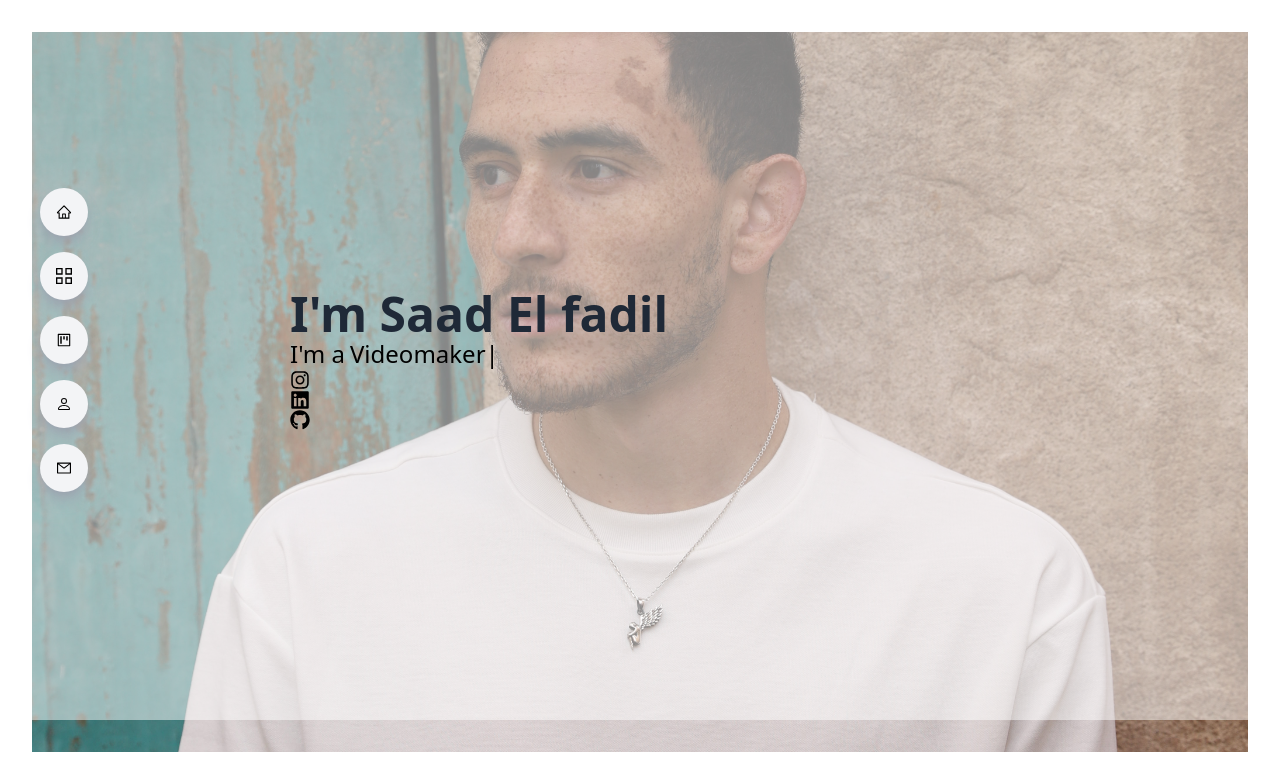
Repository: Saadelfadil/saadelfadil.github.io
Page: /
These files come from the project's save history. The page is drawn as it stood at one moment and after a run of saves; the edit follows.
The browser window is 1280 px wide. The pictures show the whole page.
The project was rebuilt for these pictures with package versions that can differ from the ones it lists, and the page was loaded fresh each time. Also part of the build but not shown: vite.config.js.

Above is the page before, as saved 2023-02-26 17:03:51.

### src/App.jsx
import './App.css'
import Sidenave from './components/Sidenave'
import Main from './components/Main'

function App() {

  return (
    <div>
      <Sidenave />
      <Main />
    </div>
  )
}

export default App

### src/components/Sidenave.jsx
import React, { useState } from "react";
import { AiOutlineHome, AiOutlineMail, AiOutlineMenu, AiOutlineProject } from "react-icons/ai"
import { GrProjects } from "react-icons/gr"
import { BsPerson } from "react-icons/bs"

const Sidenave = () => {
    const [nav, setNav] = useState(false)

    const handleNav = () => {
        setNav((prev) => prev = !nav);
    };

  return (
    <div>
        <AiOutlineMenu onClick={handleNav} className="absolute top-4 right-4 z-[100] md:hidden"/>
        {
            nav ? (
                <div className="fixed w-full h-screen bg-white/90 flex flex-col justify-center items-center z-20">
                    <a href="#main" className="w-[75%] flex justify-center rounded-full shadow-lg bg-gray-100 shadow-gray-400 m-2 p-4 cursor-pointer hover:scale-110 ease-in duration-200">
                        <AiOutlineHome size={20}/>
                        <span className="pl-4">Home</span>
                    </a>
                    <a href="#work" className="w-[75%] flex justify-center rounded-full shadow-lg bg-gray-100 shadow-gray-400 m-2 p-4 cursor-pointer hover:scale-110 ease-in duration-200">
                        <GrProjects size={20}/>
                        <span className="pl-4">Work</span>
                    </a>
                    <a href="#projects" className="w-[75%] flex justify-center rounded-full shadow-lg bg-gray-100 shadow-gray-400 m-2 p-4 cursor-pointer hover:scale-110 ease-in duration-200">
                        <AiOutlineProject size={20}/>
                        <span className="pl-4">Projects</span>
                    </a>
                    <a href="#main" className="w-[75%] flex justify-center rounded-full shadow-lg bg-gray-100 shadow-gray-400 m-2 p-4 cursor-pointer hover:scale-110 ease-in duration-200">
                        <BsPerson size={20}/>
                        <span className="pl-4">Resume</span>
                    </a>
                    <a href="#contact" className="w-[75%] flex justify-center rounded-full shadow-lg bg-gray-100 shadow-gray-400 m-2 p-4 cursor-pointer hover:scale-110 ease-in duration-200">
                        <AiOutlineMail size={20}/>
                        <span className="pl-4">Contact</span>
                    </a>
                </div>
            ) : ""
        }

        <div className="md:block hidden fixed top-[25%] z-10">
            <div className="flex flex-col">
                <a href="#main" className="rounded-full shadow-lg bg-gray-100 shadow-gray-400 m-2 p-4 cursor-pointer hover:scale-110 ease-in duration-300 ">
                    <AiOutlineHome />
                </a>
                <a href="#work" className="rounded-full shadow-lg bg-gray-100 shadow-gray-400 m-2 p-4 cursor-pointer hover:scale-110 ease-in duration-300 ">
                    <GrProjects />
                </a>
                <a href="#projects" className="rounded-full shadow-lg bg-gray-100 shadow-gray-400 m-2 p-4 cursor-pointer hover:scale-110 ease-in duration-300 ">
                    <AiOutlineProject />
                </a>
                <a href="#main" className="rounded-full shadow-lg bg-gray-100 shadow-gray-400 m-2 p-4 cursor-pointer hover:scale-110 ease-in duration-300 ">
                    <BsPerson />
                </a>
                <a href="#contact" className="rounded-full shadow-lg bg-gray-100 shadow-gray-400 m-2 p-4 cursor-pointer hover:scale-110 ease-in duration-300 ">
                    <AiOutlineMail />
                </a>
            </div>
        </div>
    </div>
  )
};

export default Sidenave;

### src/components/Main.jsx
import React from "react";
import { TypeAnimation } from "react-type-animation"
import { FaGithub, FaInstagram, FaLinkedin } from "react-icons/fa"

const Main = () => {
  return (
    <div id="main">
        <img className="w-full h-screen object-cover object-right " src="/src/assets/saadelfadil.jpg" alt="saadelfadil" />
        <div className="w-full h-screen absolute top-0 left-0 bg-white/50 ">
            <div className="max-w-[700px] m-auto h-full w-full flex flex-col justify-center lg:items-start items-center ">
                <h1 className="sm:text-5xl text-4xl font-bold text-gray-800">I'm Saad El fadil</h1>
                <h2 className="flex sm:text-2xl ">I'm a
                    <TypeAnimation
                        sequence={[
                            'Software Engineer', // Types 'One'
                            1000, // Waits 1s
                            'Videomaker', // Deletes 'One' and types 'Two'
                            2000, // Waits 2s
                        ]}
                        wrapper="div"
                        cursor={true}
                        repeat={Infinity}
                        style={{ fontSize: '1em', paddingLeft: "5px" }}
                    />
                </h2>
                <div>
                        <FaInstagram size={20} className="cursor-pointer"/>
                        <FaLinkedin size={20} className="cursor-pointer"/>
                        <FaGithub size={20} className="cursor-pointer"/>
                </div>
            </div>
        </div>
    </div>
  )
};

export default Main;

Loaded but not shown: index.html (common file); src/main.jsx (common file); src/index.css (common file); src/App.css (common file); tailwind.config.cjs (common file)

After the next 4 saves:
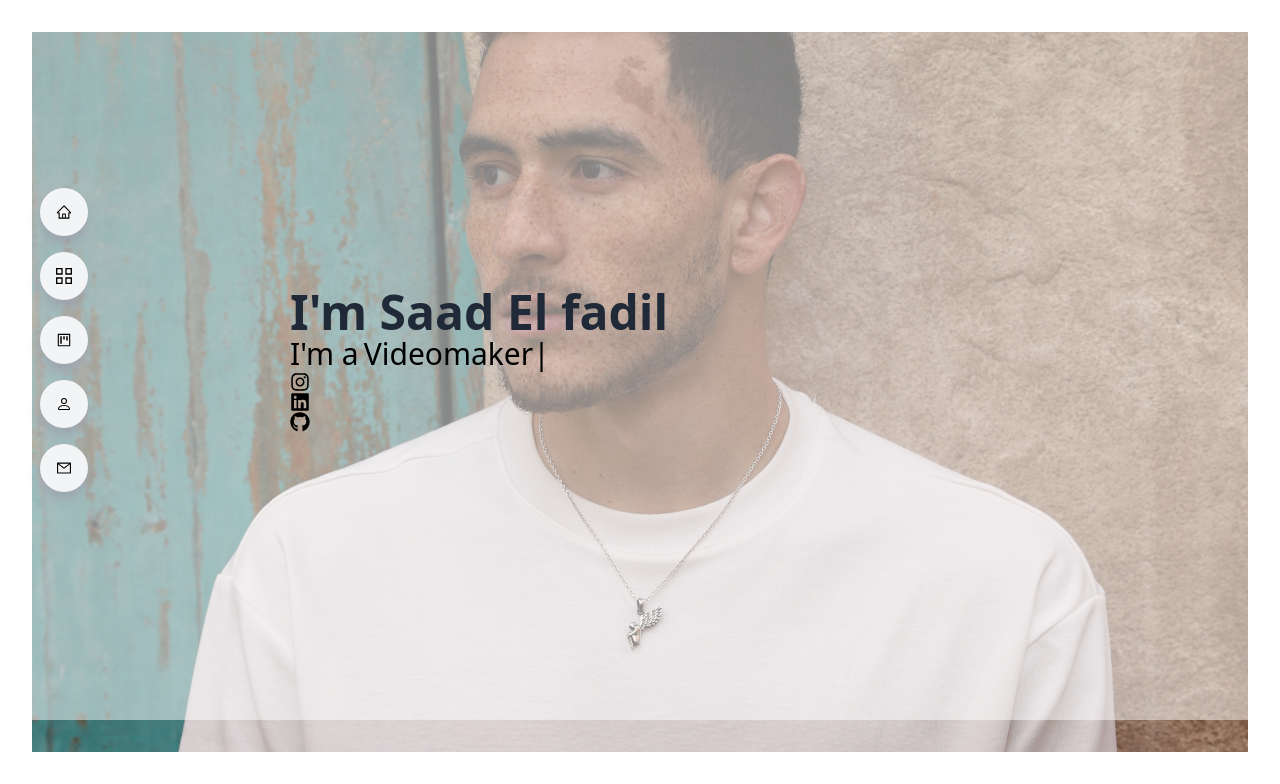
The 4 saves are shown as one change because they came seconds apart.
The last was saved 15 s later.
--- a/src/components/Main.jsx
+++ b/src/components/Main.jsx
@@ -9,7 +9,7 @@ const Main = () => {
         <div className="w-full h-screen absolute top-0 left-0 bg-white/50 ">
             <div className="max-w-[700px] m-auto h-full w-full flex flex-col justify-center lg:items-start items-center ">
                 <h1 className="sm:text-5xl text-4xl font-bold text-gray-800">I'm Saad El fadil</h1>
-                <h2 className="flex sm:text-2xl ">I'm a
+                <h2 className="flex sm:text-3xl text-2xl">I'm a
                     <TypeAnimation
                         sequence={[
                             'Software Engineer', // Types 'One'
